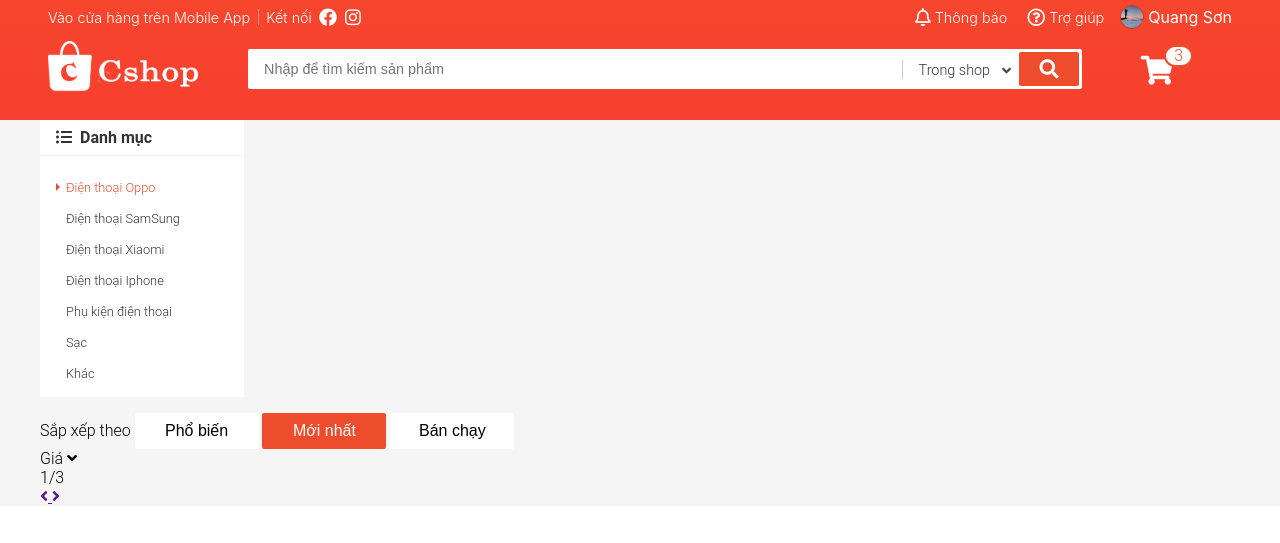
Repository: Qson412/BTL_Web
Page: index.html
These files come from the project's save history. The page is drawn as it stood at one moment and after the next save; the edit follows.
The browser window is 1280 px wide. The pictures show the whole page.

Above is the page before, as saved 2021-11-30 23:06:08.

After the next save:
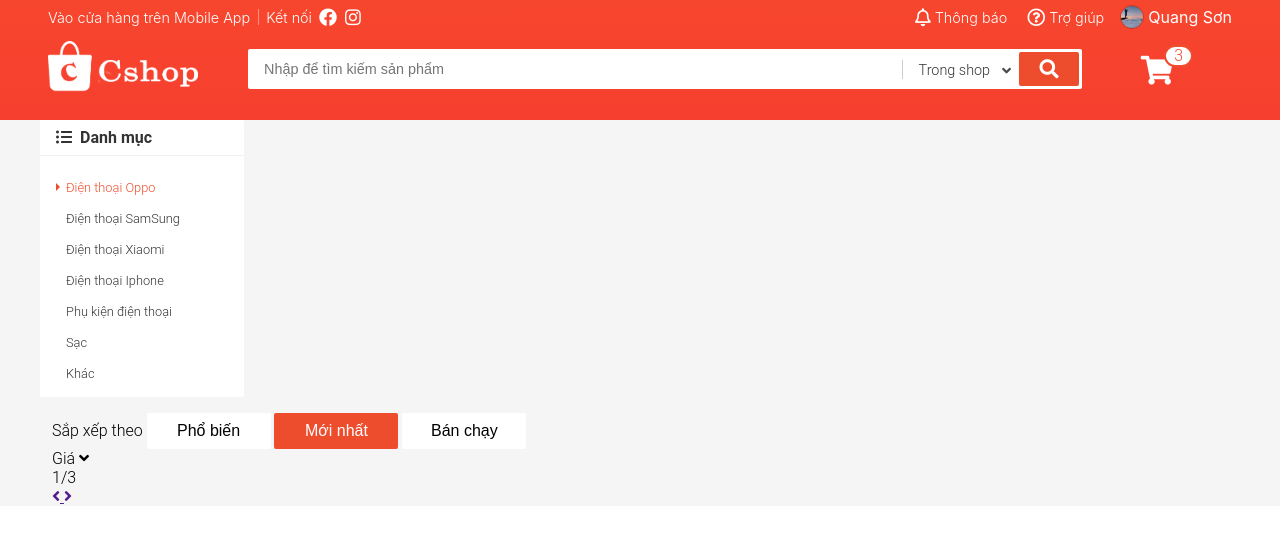
Saved 4 min 6 s later.
--- a/base.css
+++ b/base.css
@@ -31,8 +31,8 @@ body{
 }
 
 .grid__column-10{
-    padding-left: 12px;
-    padding-right: 12px;
+    padding-left: 24px;
+    padding-right: 24px;
     width: 83.3334%;
 
 }
